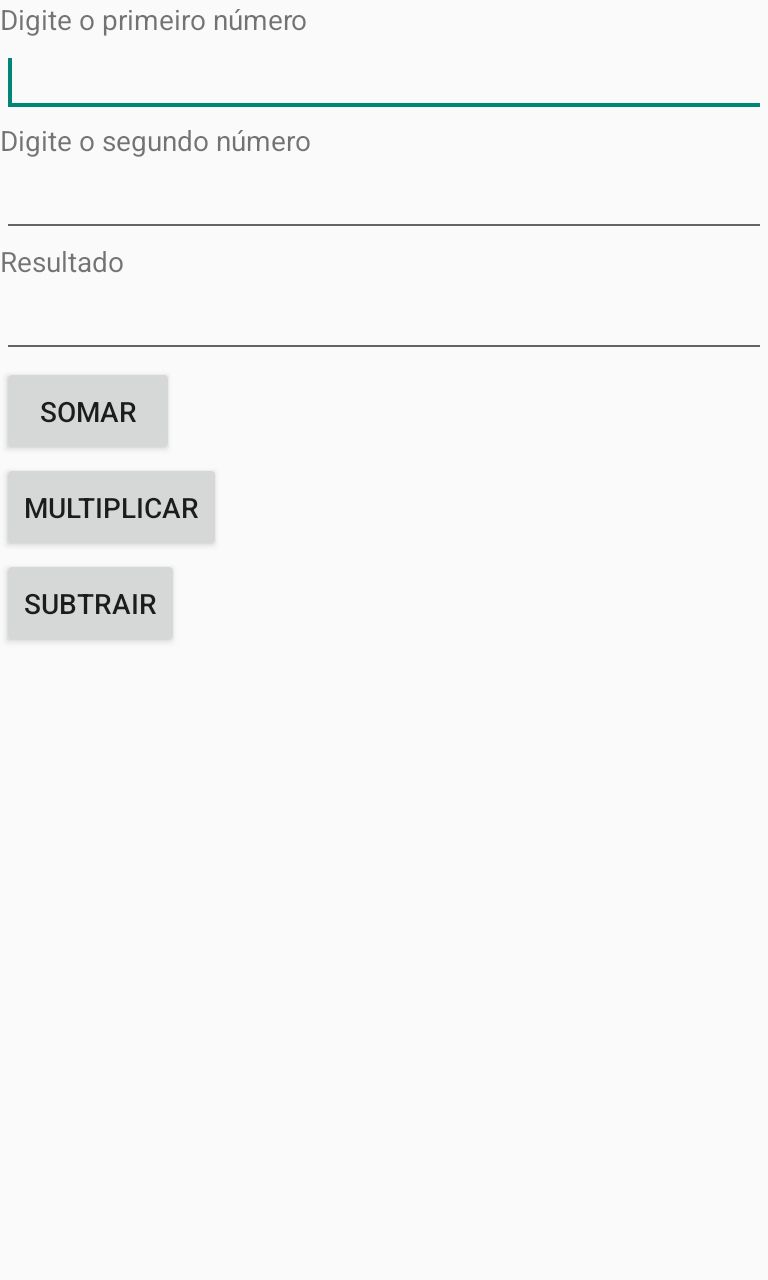
Repository: LucasSampaio/SysPizza-PSI
Layout: CodigoFonte/MOBILE/Calculadora_Neri/res/layout/activity_calculadora.xml
The author's editor kept a copy of each file at every save. The layout is drawn from the files as they stood at one save, then again after a run of saves.
It is drawn on a 768 x 1280 px phone screen (xhdpi) without system bars, with theme AppTheme; the app's code is not run.

Above is the layout before, as saved 2014-09-04 19:57:33.

After the next 2 saves:
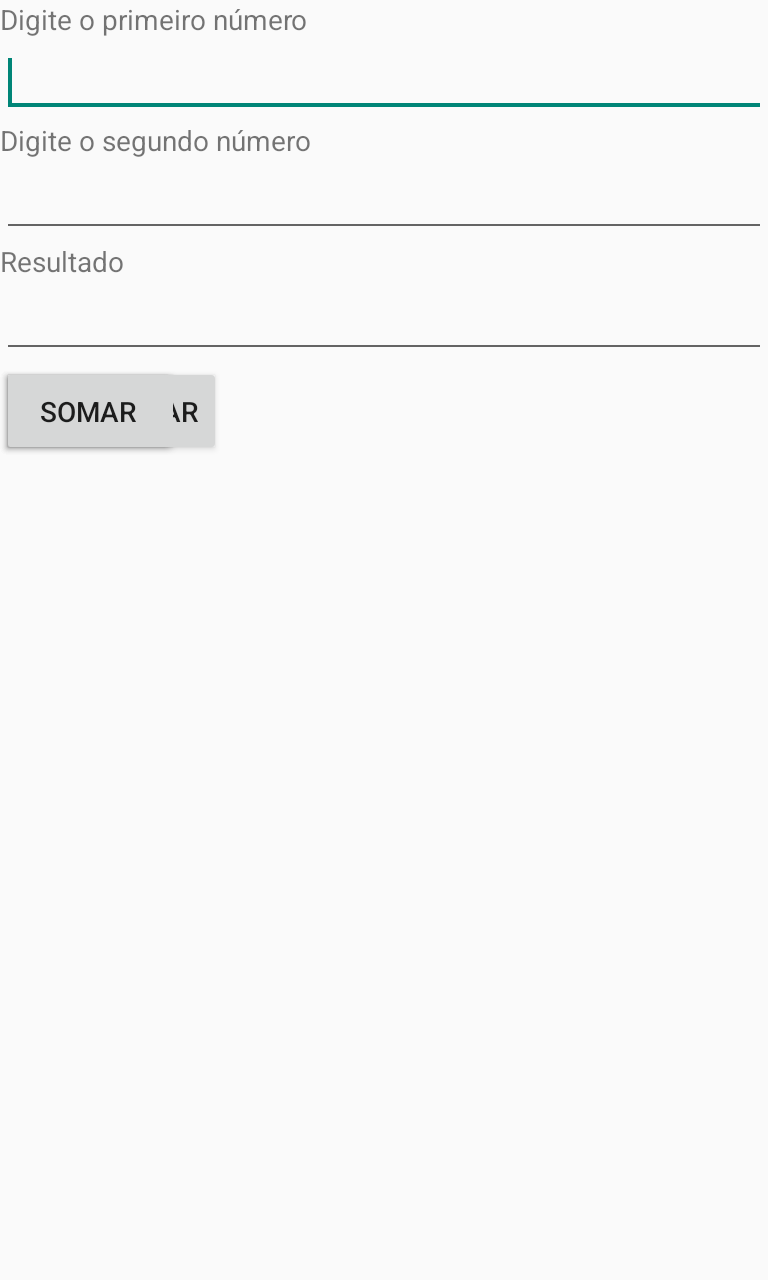
The 2 saves are shown as one change because 1 did not build or start.
The last was saved 48 s later.
--- a/CodigoFonte/MOBILE/Calculadora_Neri/res/layout/activity_calculadora.xml
+++ b/CodigoFonte/MOBILE/Calculadora_Neri/res/layout/activity_calculadora.xml
@@ -43,20 +43,14 @@
         android:ems="10" />
 
     <RelativeLayout
-	    android:layout_width="wrap_content"
-	    android:layout_height="wrap_content">
+        android:layout_width="wrap_content"
+        android:layout_height="wrap_content" >
 
-	    <Button
-	        android:id="@+id/btnSomar"
-	        android:layout_width="wrap_content"
-	        android:layout_height="wrap_content"
-	        android:text="Somar" />
-	    <Button
-	        android:id="@+id/btnDividir"
-	        android:layout_width="wrap_content"
-	        android:layout_height="wrap_parent"
-	        android:text="Dividir" />
-	</RelativeLayout>
+        <Button
+            android:id="@+id/btnDividir"
+            android:layout_width="wrap_content"
+            android:layout_height="wrap_parent"
+            android:text="Dividir" />
 
     <Button
         android:id="@+id/btnMultiplicar"
@@ -70,4 +64,11 @@
         android:layout_height="wrap_content"
         android:text="Subtrair" />
 
+    <Button
+        android:id="@+id/btnSomar"
+        android:layout_width="wrap_content"
+        android:layout_height="wrap_content"
+        android:text="Somar" />
+    </RelativeLayout>
+
 </LinearLayout>
